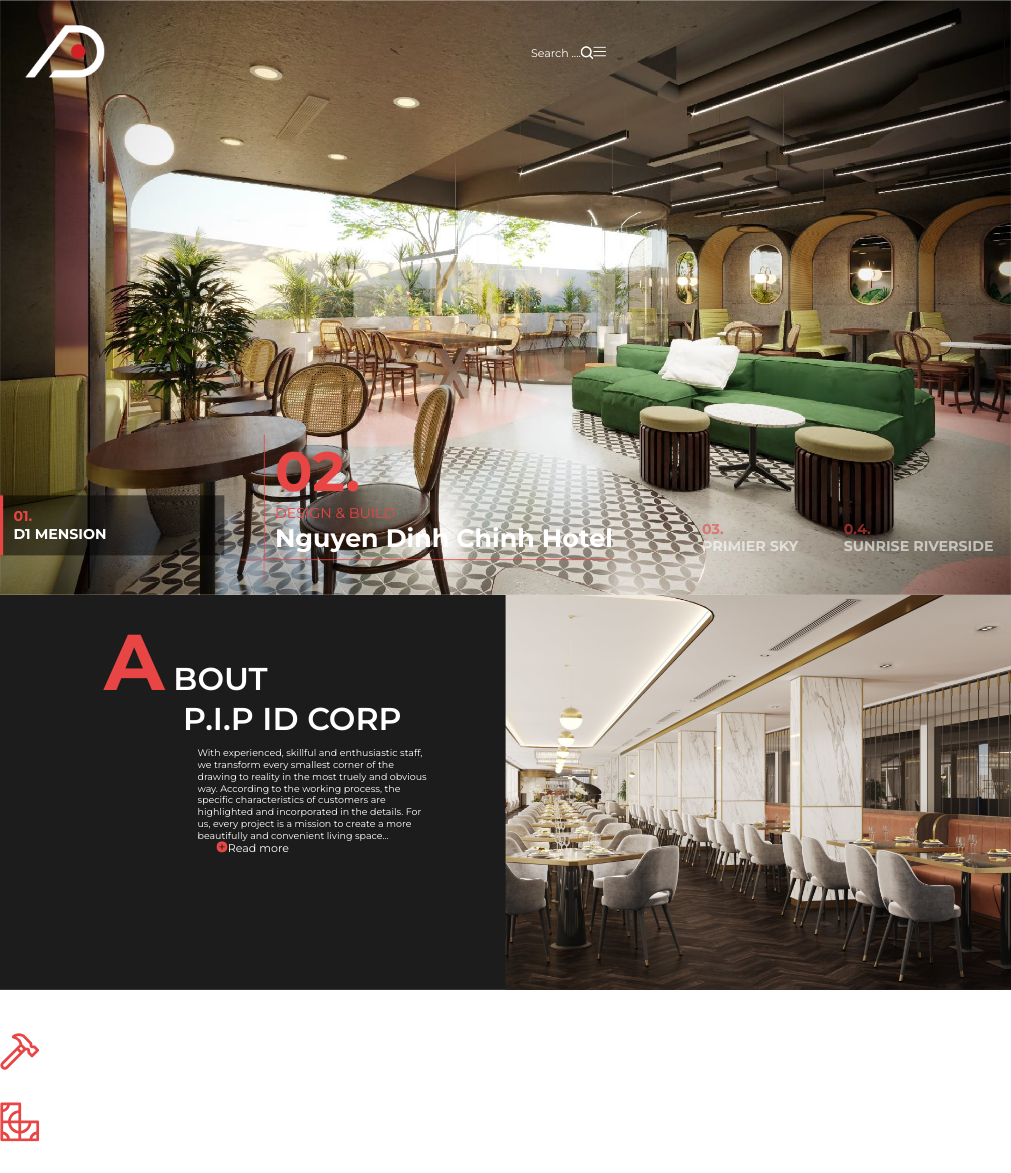
Repository: huudang2840/pipHomePage
Page: index.html
An editor plug-in stored every save of this project. The page is shown before and after the next save, followed by the edit.
The browser window is 1280 px wide. The pictures show the whole page, at 79% of full size.

Above is the page before, as saved 2023-03-21 14:21:42.

After the next save:
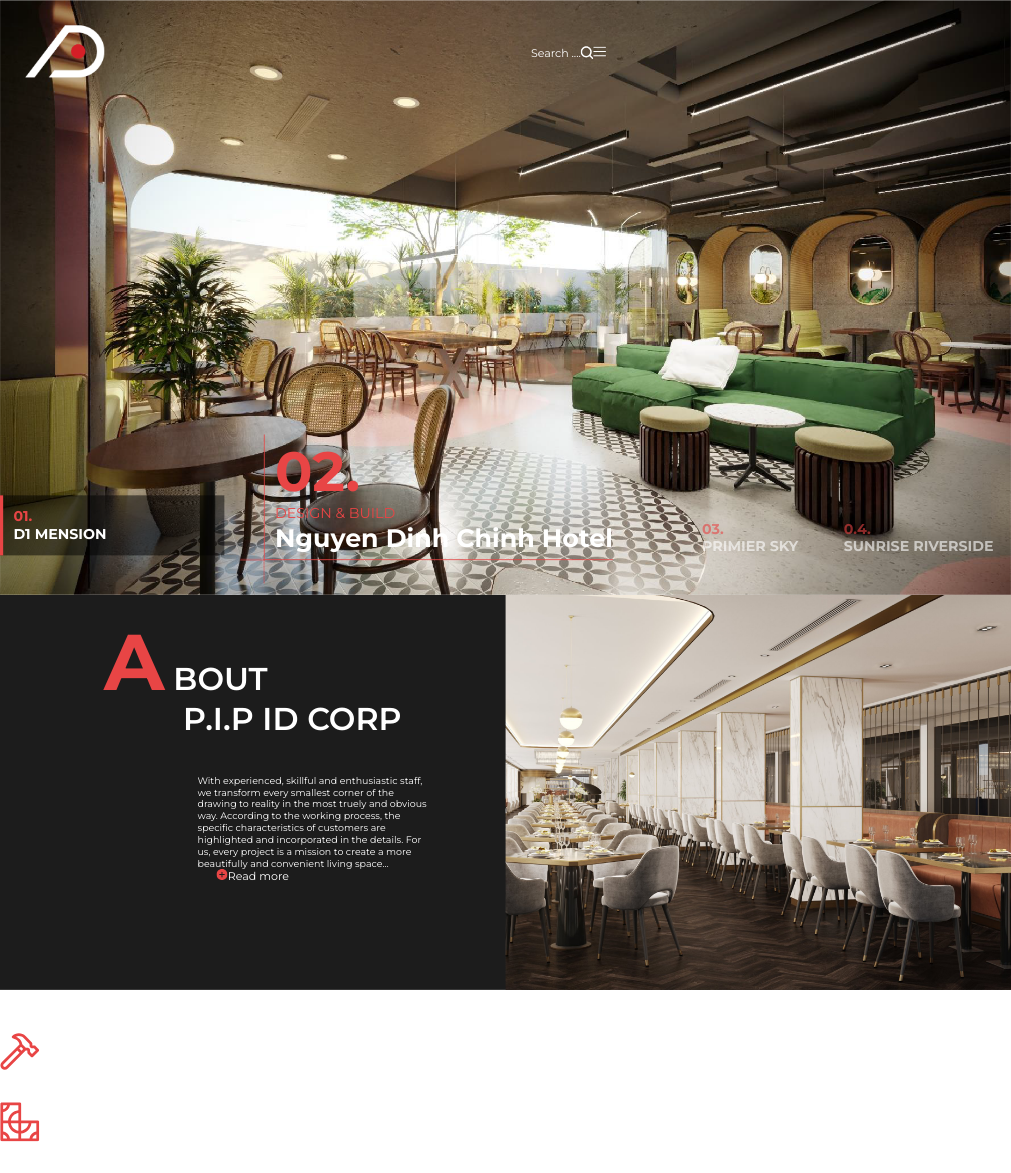
Saved 12 s later.
--- a/style/style.css
+++ b/style/style.css
@@ -183,7 +183,7 @@
   object-fit: cover;
 }
 .about__left__textaera {
-  margin-top: 10px;
+  margin-top: 45px;
 }
 .about__left__textaera p {
   margin-left: 250px;
